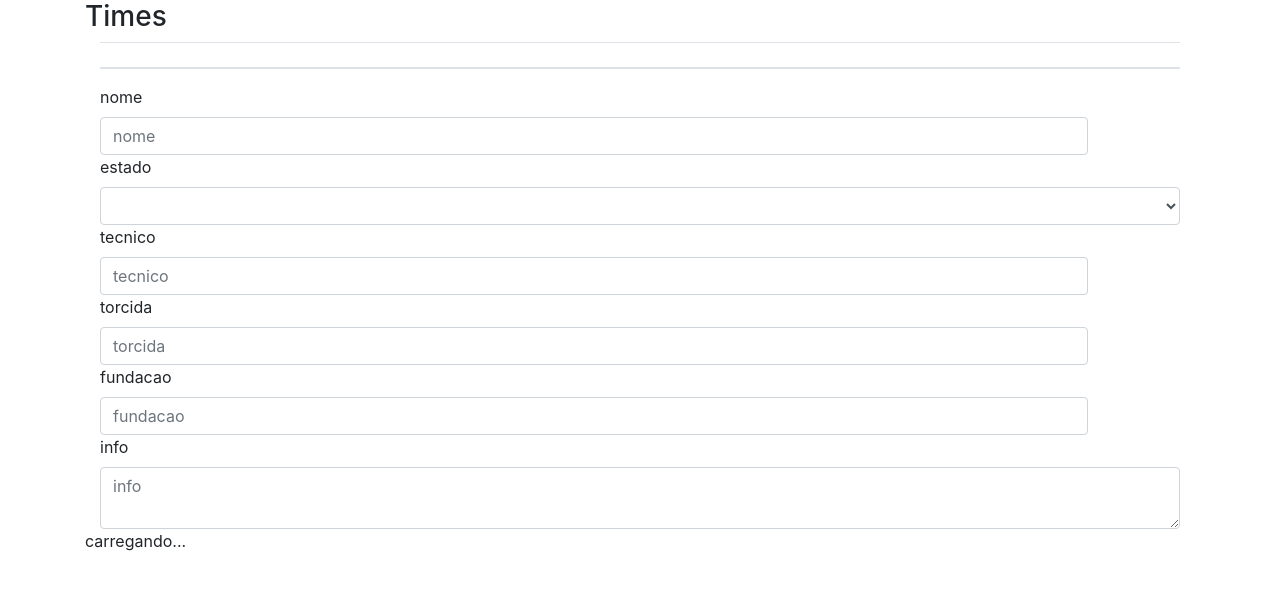
Repository: ecrseer/vuesheetpost
Page: /
An editor plug-in stored every save of this project. The page is shown before and after the next save, followed by the edit.
The browser window is 1280 px wide. The pictures show the whole page.
The page's requests for data from a server got no answer. The project was rebuilt for these pictures with package versions that can differ from the ones it lists, and the page was loaded fresh each time. No one was signed in, and anything a server would have sent is missing. Also part of the build but not shown: vite.config.js, vue.config.js.

Above is the page before, as saved 2021-08-23 16:27:38.

After the next save:
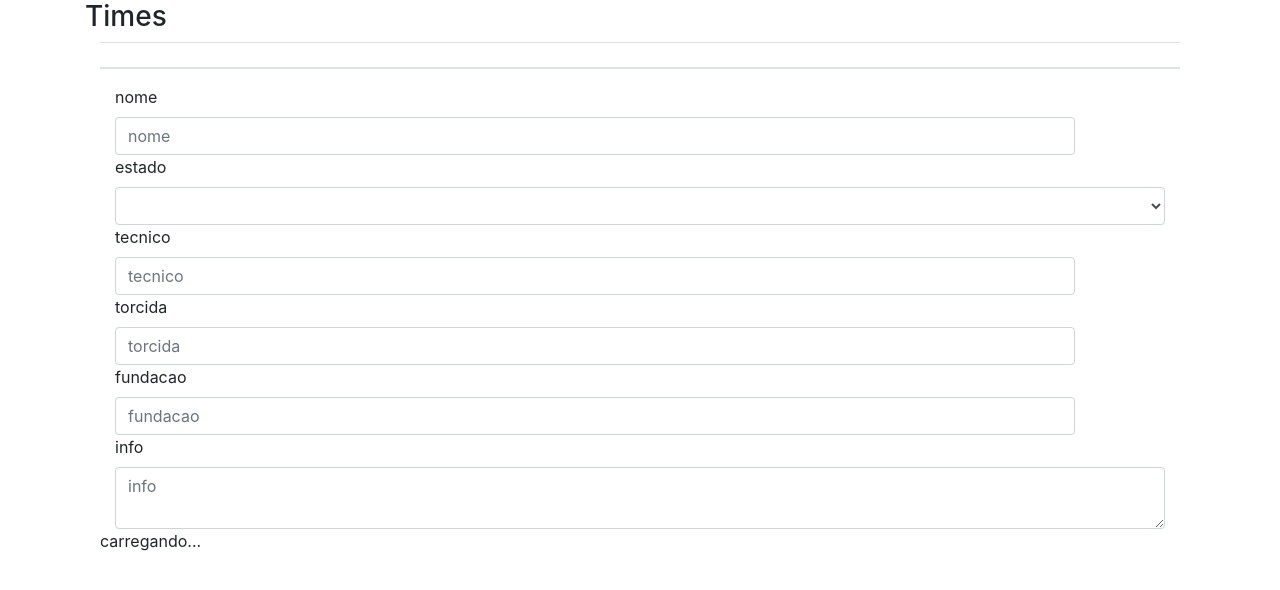
Saved 14 s later.
--- a/src/App.vue
+++ b/src/App.vue
@@ -36,7 +36,7 @@
   </div>
 
 
-  <div>
+  <div class="col-sm">
 
     <Campo nome="nome" v-model="time.nome"></Campo>
     <CampoDropDown nome="estado" v-model="time.estado"
